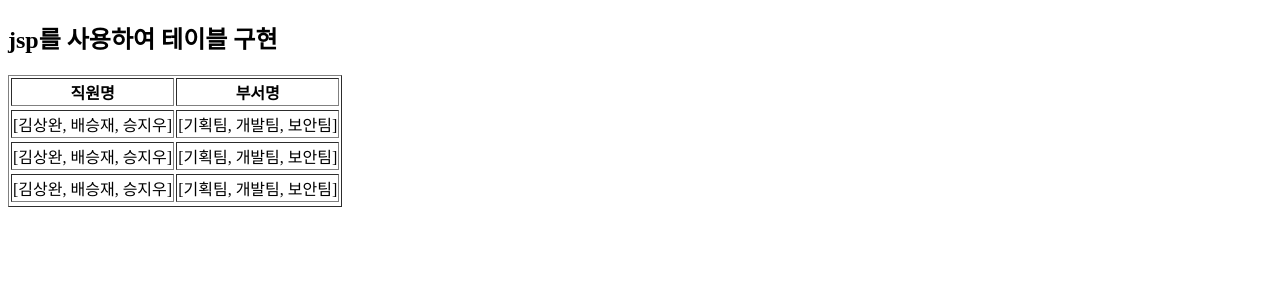
Repository: jihyeon00/java_web_sol
Page: http://localhost/jspweb_07/forstat_ex.jsp
The author's editor kept a copy of each file at every save. The page is drawn from the files as they stood at one save, then again after the next save.
The browser window is 1280 px wide. The pictures show the whole page.
The page is served by Tomcat 9.

Above is the page before, as saved 2024-01-11 01:11:19.

### workspace_stsb/jspweb_07/src/main/webapp/forstat_ex.jsp
<%@ page import="java.util.*"%>
<%@ page language="java" contentType="text/html; charset=UTF-8"
    pageEncoding="UTF-8"%>
<!DOCTYPE html>
<html>
<head>
<meta charset="UTF-8">
<title>Insert title here</title>
</head>
<body>
	<h2>jsp를 사용하여 테이블 구현</h2>
	<%
		ArrayList<String> name = new ArrayList<>();
		name.add("김상완");
		name.add("배승재");
		name.add("승지우");
		ArrayList<String> departName = new ArrayList<String>();
		departName.add("기획팀");
		departName.add("개발팀");
		departName.add("보안팀");

		out.println("<table border='1'>");
		out.println("<tr>");
		out.println("<th>직원명</th>");
		out.println("<th>부서명</th>");
		out.println("<tr>");

		// 배열에서는 length를 사용하지만
		// 자바에서는 객체라는 개념을 많이 사용하여 size()를 사용한다.
		for(int i=0;i<name.size();i++){
		out.println("<tr>");
		out.println("<td>"+ name + "</td>");
		out.println("<td>"+ departName + "</td>");
		out.println("<tr>");

		}

		out.println("</table>");

	%>
</body>
</html>

After the next save:
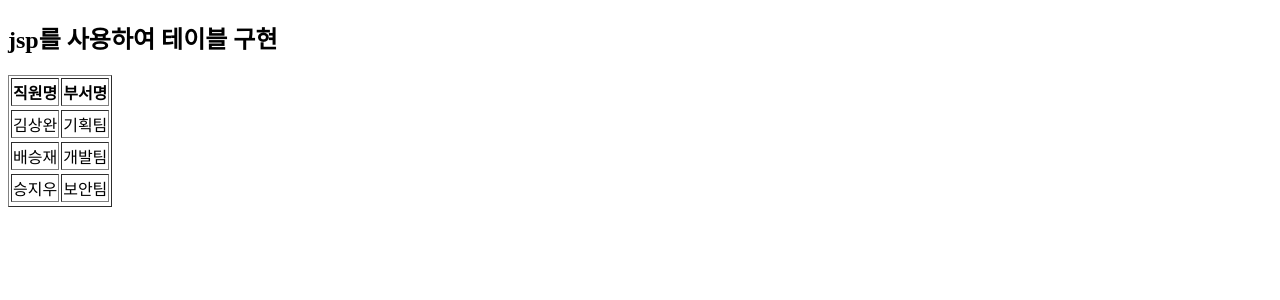
Saved 4 min 1 s later.
--- a/workspace_stsb/jspweb_07/src/main/webapp/forstat_ex.jsp
+++ b/workspace_stsb/jspweb_07/src/main/webapp/forstat_ex.jsp
@@ -29,10 +29,9 @@
 		// 자바에서는 객체라는 개념을 많이 사용하여 size()를 사용한다.
 		for(int i=0;i<name.size();i++){
 		out.println("<tr>");
-		out.println("<td>"+ name + "</td>");
-		out.println("<td>"+ departName + "</td>");
+		out.println("<td>"+ name.get(i) + "</td>");
+		out.println("<td>"+ departName.get(i) + "</td>");
 		out.println("<tr>");
-
 		}
 
 		out.println("</table>");
